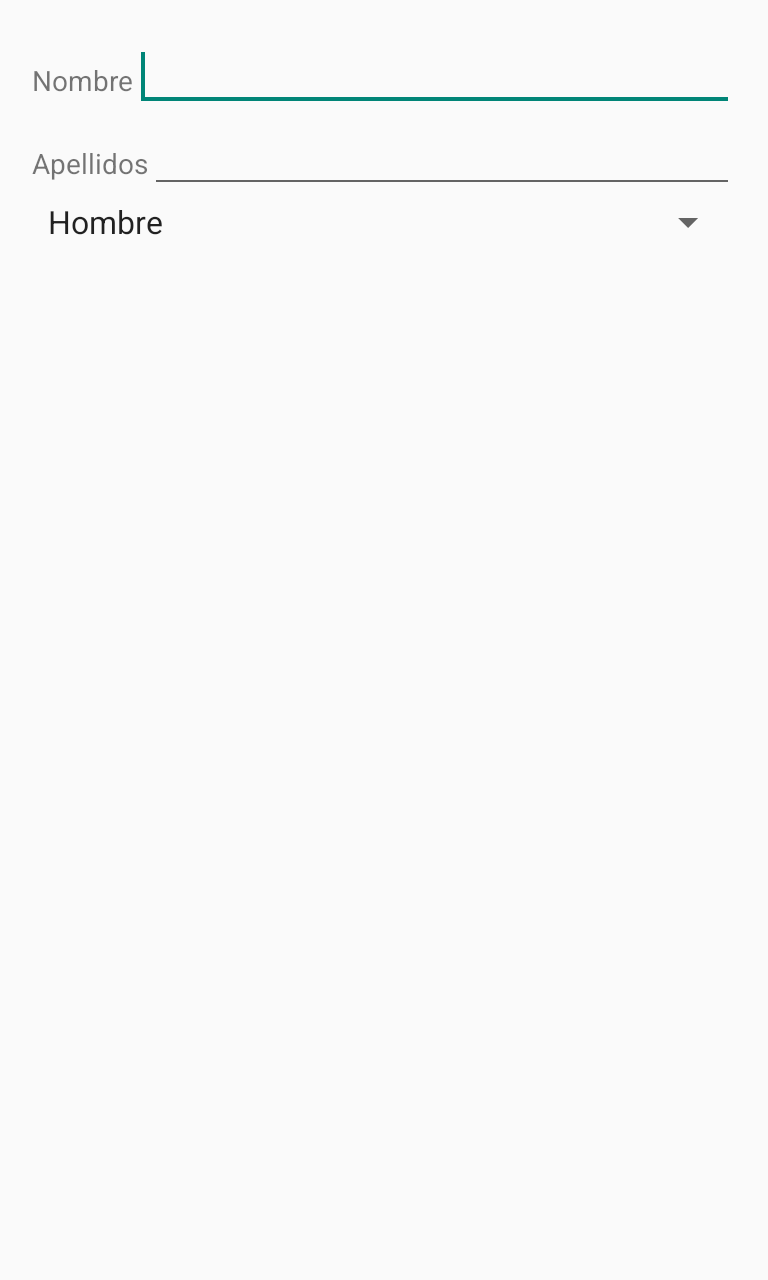
Repository: softwhisper/CiticAndroid-Migrated
Layout: Almnos2/res/layout/activity_create_form.xml
An editor plug-in stored every save of this project. The layout is shown before and after the next save, followed by the edit.
It is drawn on a 768 x 1280 px phone screen (xhdpi) without system bars, with theme AppTheme; the app's code is not run.

Above is the layout before, as saved 2014-10-17 11:50:07.

### Almnos2/res/layout/activity_create_form.xml
<RelativeLayout xmlns:android="http://schemas.android.com/apk/res/android"
    xmlns:tools="http://schemas.android.com/tools"
    android:layout_width="match_parent"
    android:layout_height="match_parent"
    android:paddingBottom="@dimen/activity_vertical_margin"
    android:paddingLeft="@dimen/activity_horizontal_margin"
    android:paddingRight="@dimen/activity_horizontal_margin"
    android:paddingTop="@dimen/activity_vertical_margin"
    tools:context="and02.almnos2.CreateForm" >

    <LinearLayout
        android:id="@+id/LinearLayout1"
        android:layout_width="match_parent"
        android:layout_height="match_parent"
        android:orientation="vertical" >

        <LinearLayout
            android:layout_width="match_parent"
            android:layout_height="wrap_content"
            android:orientation="horizontal" >

            <TextView
                android:id="@+id/textView1"
                android:layout_width="wrap_content"
                android:layout_height="wrap_content"
                android:text="@string/name" />

            <EditText
                android:id="@+id/txtFormName"
                android:layout_width="match_parent"
                android:layout_height="wrap_content"
                android:ems="10"
                android:inputType="textPersonName" >

                <requestFocus />
            </EditText>
        </LinearLayout>

        <LinearLayout
            android:layout_width="match_parent"
            android:layout_height="wrap_content" >

            <TextView
                android:id="@+id/textView2"
                android:layout_width="wrap_content"
                android:layout_height="wrap_content"
                android:text="@string/apellido" />

            <EditText
                android:id="@+id/txtFormLastName"
                android:layout_width="wrap_content"
                android:layout_height="wrap_content"
                android:layout_weight="1"
                android:ems="10"
                android:inputType="textPersonName" />

        </LinearLayout>

        <Spinner
            android:id="@+id/spinGender"
            android:layout_width="match_parent"
            android:layout_height="wrap_content"
            android:entries="@array/genero" />

    </LinearLayout>

</RelativeLayout>

### Almnos2/res/values/dimens.xml
<?xml version="1.0" encoding="utf-8"?>
<resources>

    <dimen name="topMarginLinearH">40dip</dimen>
    <dimen name="activity_horizontal_margin">16dp</dimen>
    <dimen name="activity_vertical_margin">16dp</dimen>

</resources>

### Almnos2/res/values/strings.xml
<?xml version="1.0" encoding="utf-8"?>
<resources>

    <string name="app_name">Almnos2</string>
    <string name="hello_world">Hello world!</string>
    <string name="hello">Controles App</string>
    <string name="toast_msg">Saludar</string>
    <string name="load_webview">Cargar WebView</string>
    <string name="list">Listado de Alumnos</string>
    <string name="form_student">Crear Alumno</string>
    <string name="title_activity_web">WebActivity</string>
    <string name="action_settings">Settings</string>
    <string name="title_activity_create_form">CreateForm</string>
    <string name="name">Nombre</string>
    <string name="apellido">Apellidos</string>
    <string-array name="genero">
        <item >Hombre</item>
        <item >Mujer</item>
    </string-array>
        <string name="guardar">Guardar</string>

</resources>

Loaded but not shown: Almnos2/res/values/styles.xml (common file); Almnos2/res/values-v11/styles.xml (common file); Almnos2/res/values-v14/styles.xml (common file); Almnos2/res/values-w820dp/dimens.xml (common file)

After the next save:
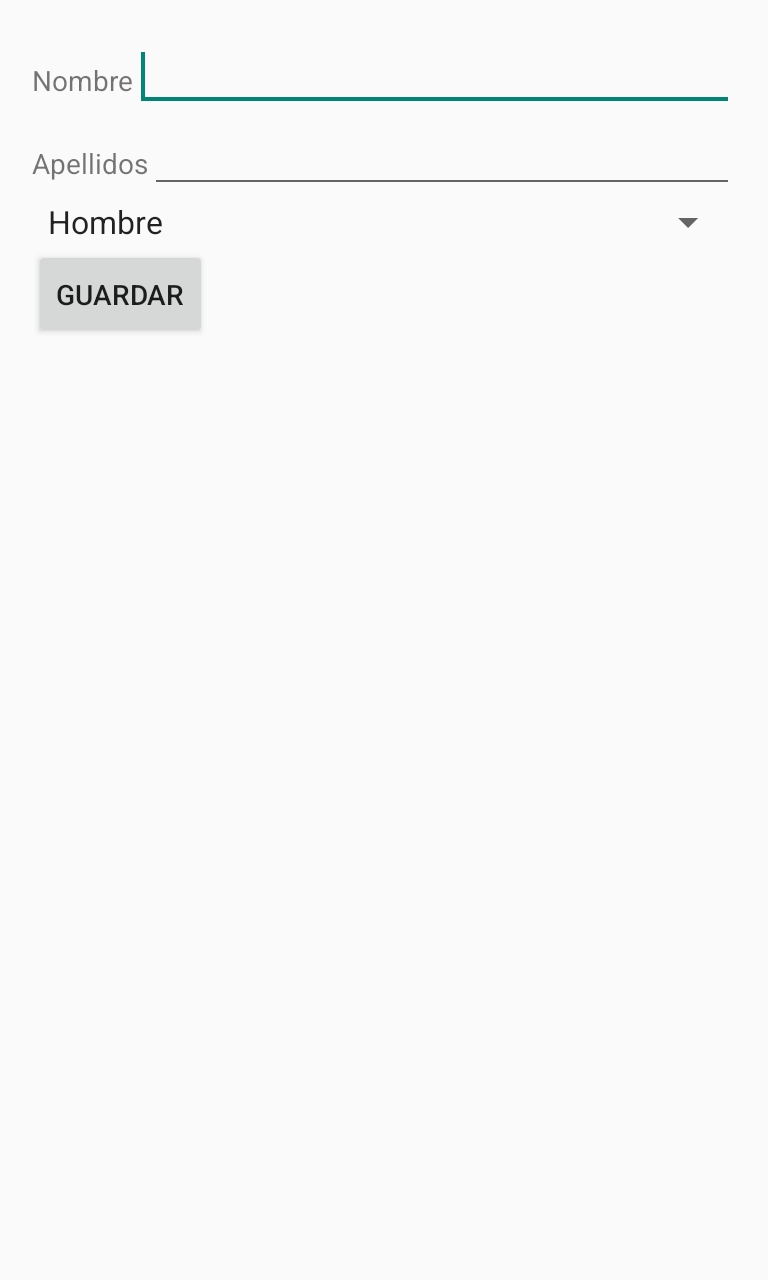
Saved 10 s later.
--- a/Almnos2/res/layout/activity_create_form.xml
+++ b/Almnos2/res/layout/activity_create_form.xml
@@ -62,6 +62,12 @@
             android:layout_height="wrap_content"
             android:entries="@array/genero" />
 
+        <Button
+            android:id="@+id/button1"
+            android:layout_width="wrap_content"
+            android:layout_height="wrap_content"
+            android:text="@string/guardar" />
+
     </LinearLayout>
 
 </RelativeLayout>
